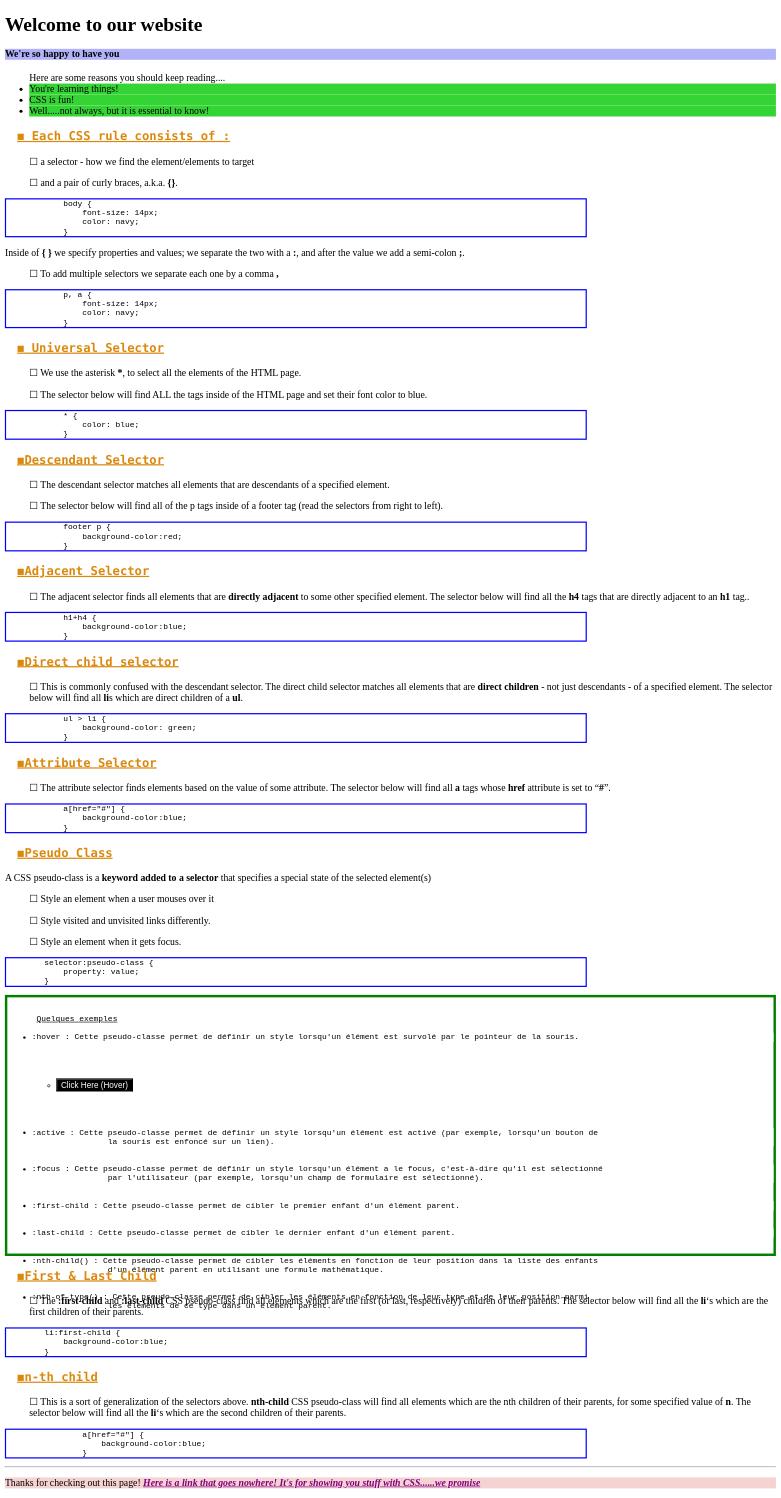
Repository: AnnaSpirit/Tests__
Page: CSS/Useful_Selectors.html
The author's editor kept a copy of each file at every save. The page is drawn from the files as they stood at one save, then again after the next save.
The browser window is 1280 px wide. The pictures show the whole page, at 61% of full size.

Above is the page before, as saved 2024-04-01 18:25:05.

After the next save:
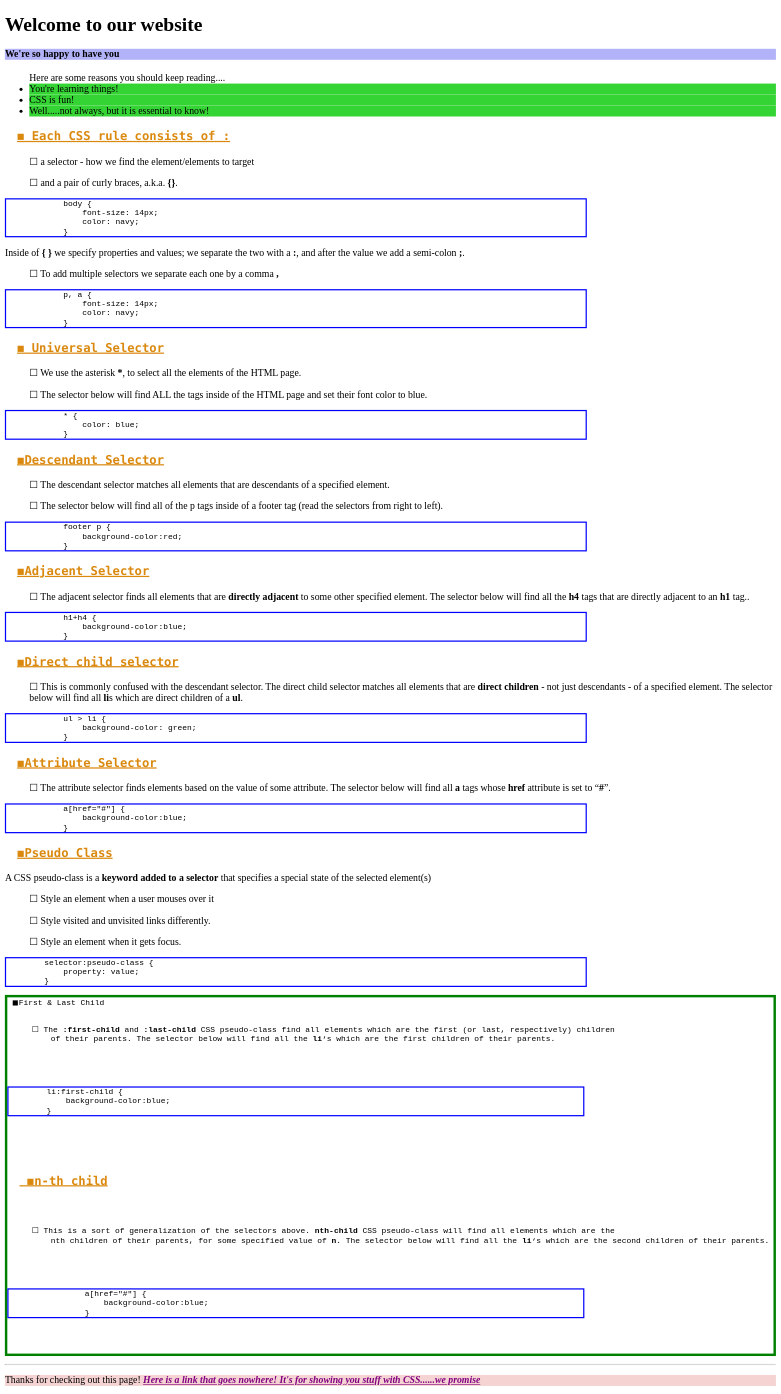
Saved 3 min 36 s later.
--- a/CSS/Useful_Selectors.html
+++ b/CSS/Useful_Selectors.html
@@ -95,7 +95,7 @@
         }</pre>
     </span>
     <span>
-        <pre style="border: 4px solid green; height: 420px";>
+        <pre style="border: 4px solid green;>
             <ul> <u>Quelques exemples</u>
                 <li>:hover : Cette pseudo-classe permet de définir un style lorsqu'un élément est survolé par le pointeur de la souris.</li>
                 <ul>
